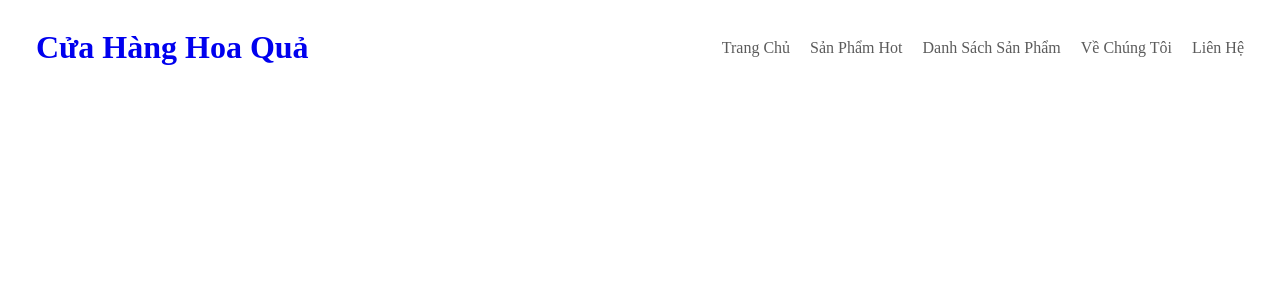
Repository: kieuduc123/HoaQua
Page: index.html
The author's editor kept a copy of each file at every save. The page is drawn from the files as they stood at one save, then again after a run of saves.
The browser window is 1280 px wide. The pictures show the whole page.

Above is the page before, as saved 2023-11-29 20:59:16.

### index.html
<!DOCTYPE html>
<html lang="en">
<head>
    <meta charset="UTF-8">
    <meta name="viewport" content="width=device-width, initial-scale=1.0">
    <link rel="stylesheet" href="./asset/style.css">
    <title>Cửa Hàng Hoa Quả</title>
</head>
<body>
    <div class="container">
        <div class="header">
                <h1><a href="#">Cửa Hàng Hoa Quả</a></h1>
        <div class="nav">
            <ul>
                <li><a href="#">Trang Chủ</a></li>
                <li><a href="">Sản Phẩm Hot</a></li>
                <li><a href="">Danh Sách Sản Phẩm</a></li>
                <li><a href="">Về Chúng Tôi</a></li>
                <li><a href="">Liên Hệ</a></li>
            </ul>
        </div>
        </div>
    </div>

</body>
</html>

### asset/style.css
li ,a{
    text-decoration: none;
    list-style: none;
}
.container {
    margin: 0 auto;
    width: 1208px;
}
.header {
    display: flex;
    justify-content: space-between;
    align-items: center;
}

.header ul{
    display: flex;
    justify-content: center;
    align-items: center;
}
.header li{
    padding-left: 20px;
}
.header li a {
    color: #5b5b5b;
    font-size: 16px;
}

After the next 2 saves:
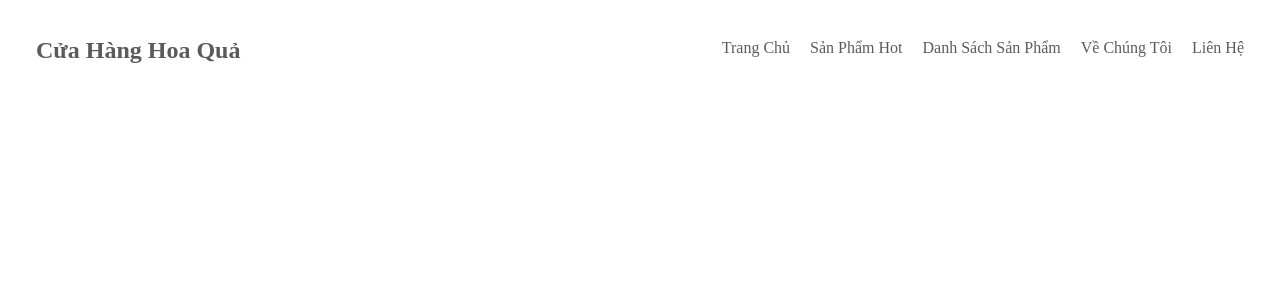
The 2 saves are shown as one change because they came seconds apart.
The last was saved 109 s later.
--- a/asset/style.css
+++ b/asset/style.css
@@ -1,4 +1,5 @@
 li ,a{
+    color: #5b5b5b;
     text-decoration: none;
     list-style: none;
 }
@@ -11,7 +12,10 @@ li ,a{
     justify-content: space-between;
     align-items: center;
 }
-
+.header h1 a {
+    font-size: 24px;
+    font-weight: 700;
+}
 .header ul{
     display: flex;
     justify-content: center;
@@ -21,6 +25,5 @@ li ,a{
     padding-left: 20px;
 }
 .header li a {
-    color: #5b5b5b;
     font-size: 16px;
 }
